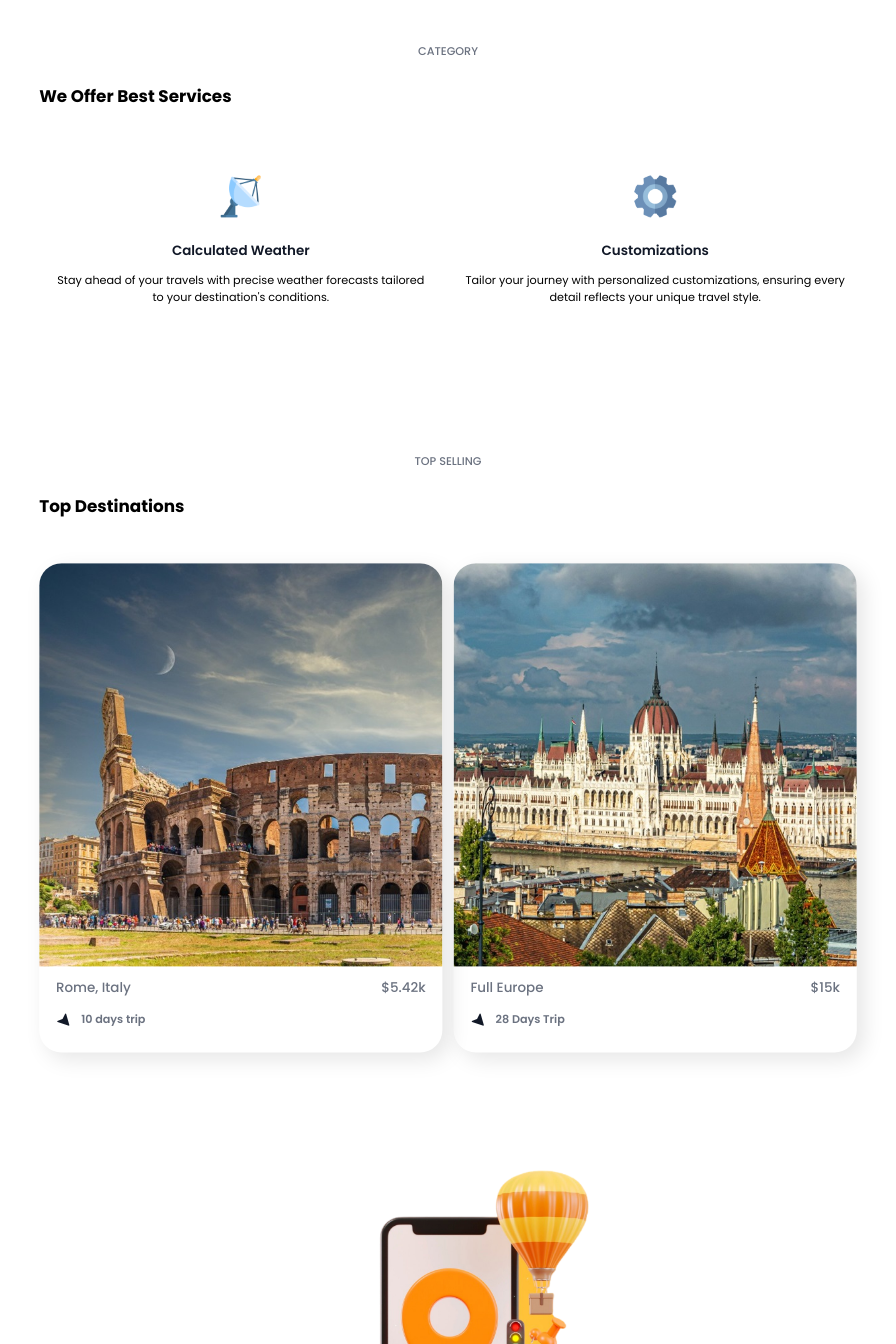
Repository: ntandomagana/travel-website
Page: index.html
The author's editor kept a copy of each file at every save. The page is drawn from the files as they stood at one save, then again after the next save.
The browser window is 1280 px wide. The pictures show the part of the page from y = 902 to 2822 px (the page is 4606 px tall before and 4656 px after), at 70% of full size.

Above is the page before, as saved 2024-05-07 14:37:45.

After the next save:
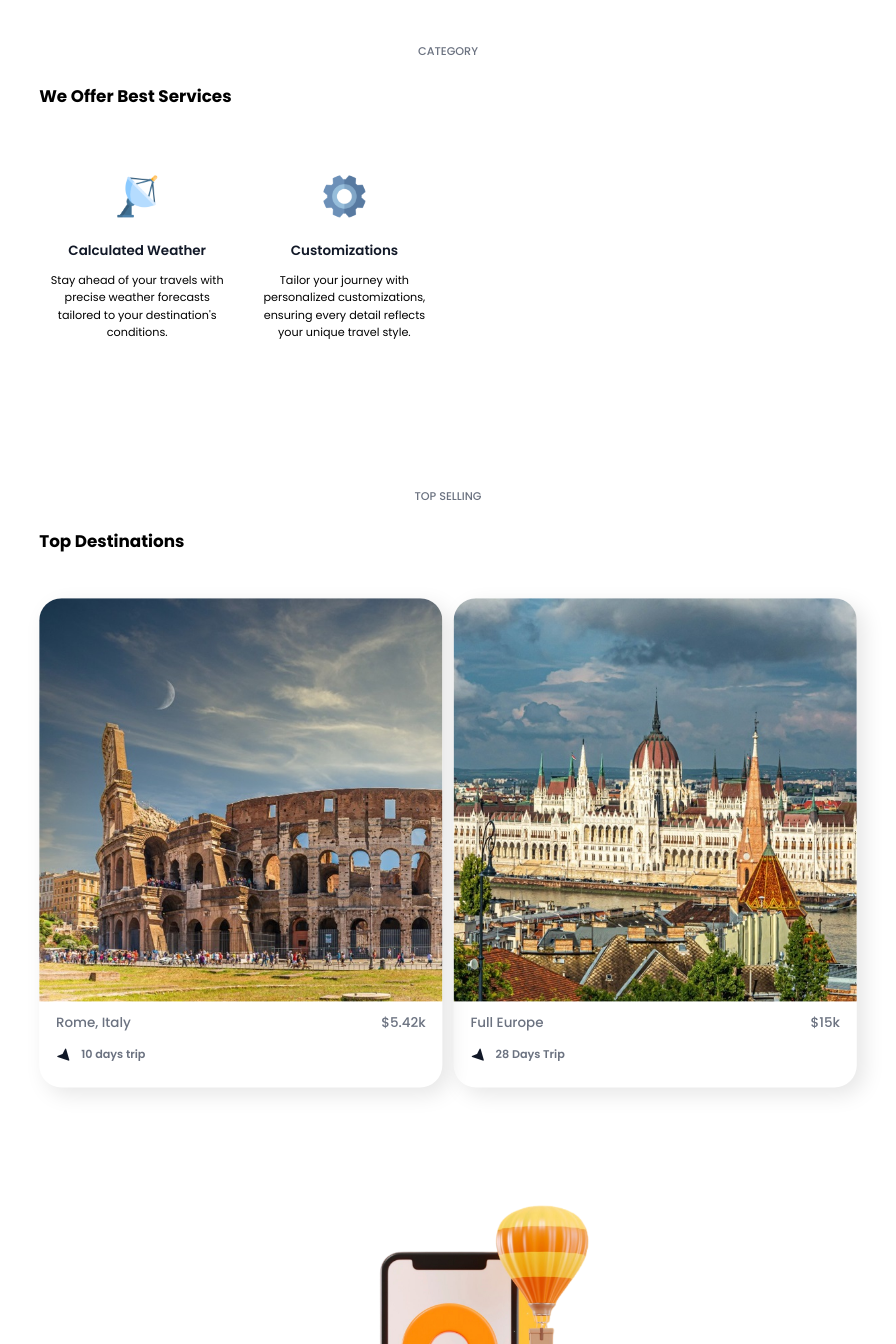
Saved 4 s later.
--- a/mediaqueries.css
+++ b/mediaqueries.css
@@ -72,6 +72,6 @@
     }
 
     .service-grid {
-        grid-template-columns: repeat;
+        grid-template-columns: repeat(4, 1fr);
     }
 }
